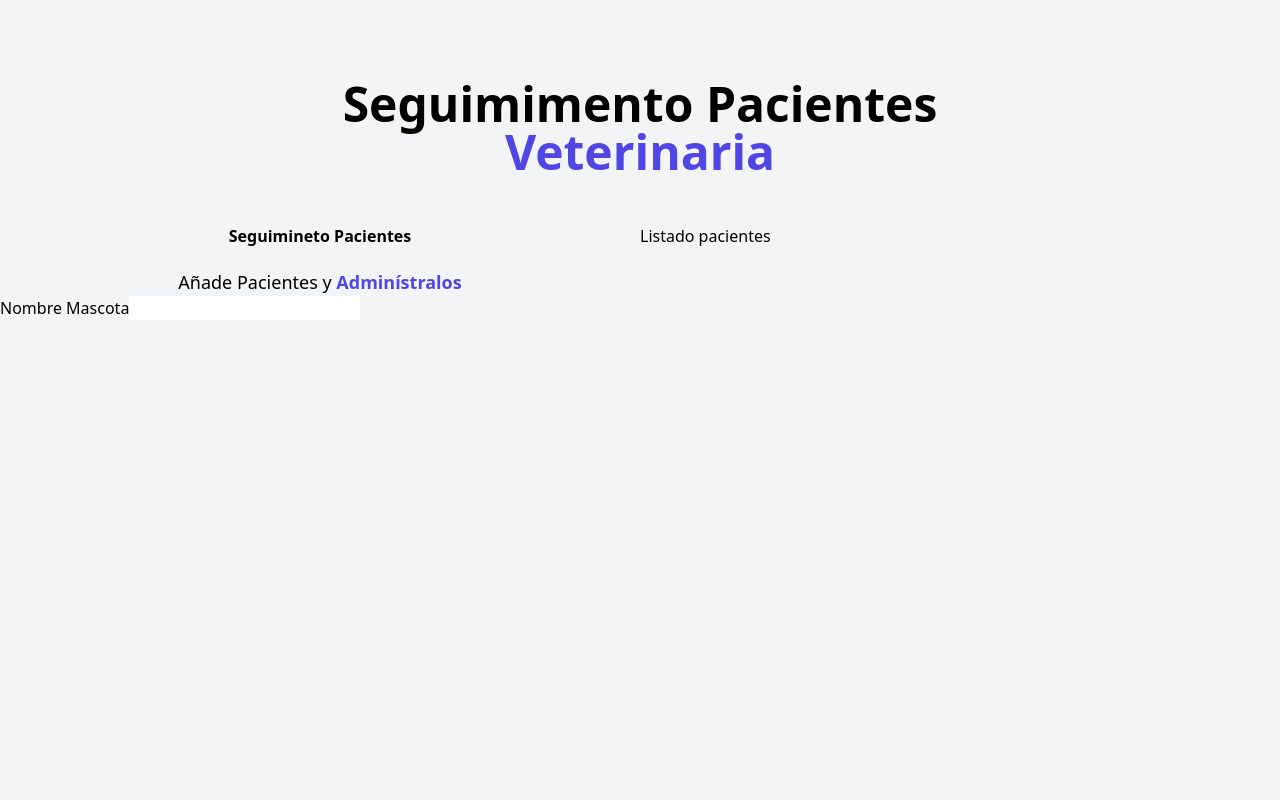
Repository: rlaureano/citas_react
Page: /
An editor plug-in stored every save of this project. The page is shown before and after the next save, followed by the edit.
The browser window is 1280 px wide. The pictures show the whole page.
The project was rebuilt for these pictures with package versions that can differ from the ones it lists, and the page was loaded fresh each time. Also part of the build but not shown: vite.config.js.

Above is the page before, as saved 2022-01-11 22:07:54.

After the next save:
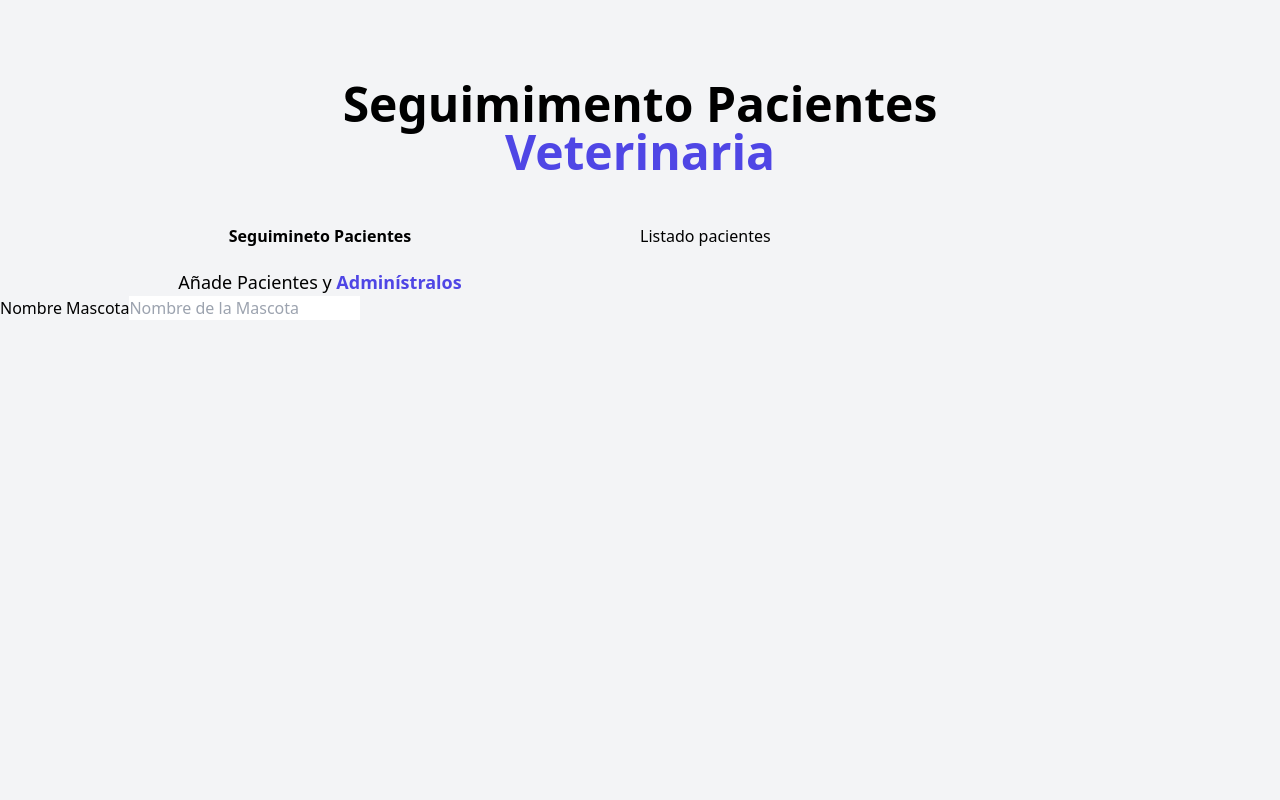
Saved 23 s later.
--- a/src/components/Formulario.jsx
+++ b/src/components/Formulario.jsx
@@ -14,7 +14,10 @@ const Formulario = () => {
       <form action="">
         <div>
           <label htmlFor="">Nombre Mascota</label>
-          <input type="text" />
+          <input
+            type="text"
+            placeholder="Nombre de la Mascota"
+          />
         </div>
       </form>
 
